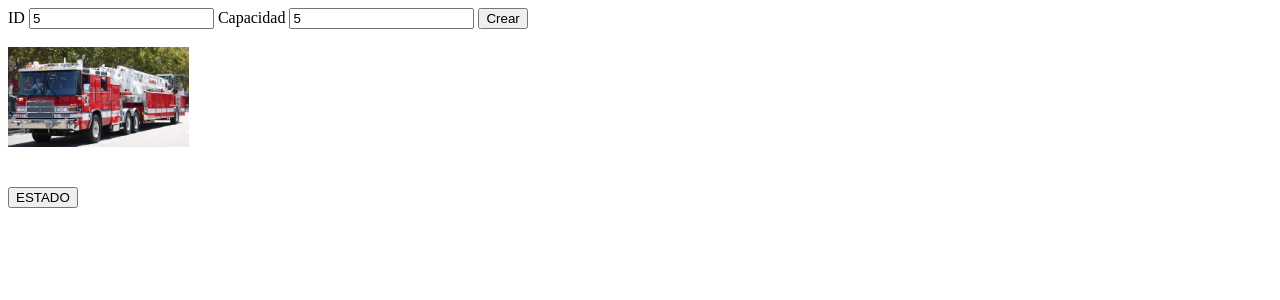
Repository: Robin-Rivadeneira/prueva_pablo
Page: index.html
These files come from the project's save history. The page is drawn as it stood at one moment and after a run of saves; the edit follows.
The browser window is 1280 px wide. The pictures show the whole page.
Empty fields were first filled with sample values (such as "Sample", 5 or name@example.com).
After loading, the first visible `button` was clicked once.

Above is the page before, as saved 2020-01-16 20:17:31.

### index.html
<!DOCTYPE html>
<html lang="en">
<head>
    <meta charset="UTF-8">
    <meta name="viewport" content="width=device-width, initial-scale=1.0">
    <meta http-equiv="X-UA-Compatible" content="ie=edge">
    <title> Motobombas</title>
</head>
<body>
    <div>
        <label>ID</label>
        <input type="number" id="id">
        <label>Capacidad</label>
        <input type="number" id="capacidad" >
        <button type="button" onclick="moto.guardar()">Crear</button>
    </div>
    <br>
    <div id="img">

    </div>
    <br>
    <div id="estado">

    </div>
    <br>
    <div id="pintar">
    </div>
</body>
<script src="/js/Motobomba.js"></script>
<script src="/js/Bombero.js"></script>
</html>

### js/Motobomba.js
class Motobomba {
    constructor(id, capacidad, estado = false) {
        this.id = id;
        this.capacidad = capacidad;
        this.estado = estado;
    }
    prender() {
        this.estado = true;
    }
    apagar() {
        this.estado = false;
    }
    getEstado() {
        return this.estado;
    }
    toString() {
        if (this.estado == true) {
            document.getElementById('estado').innerHTML='<img src="img/verde.jpg" windth="130px" height="100px">'
            var parrafo=document.createElement('p')
            parrafo.innerHTML = 'esta prendido'
            document.body.appendChild(parrafo)
            moto.apagar()


        }
        else if(this.estado == false) {
            document.getElementById('estado').innerHTML='<img src="img/rojo.jpg" windth="130px" height="100px">'
            var parrafo=document.createElement('p')
            parrafo.innerHTML = 'esta apagado'
            document.body.appendChild(parrafo)
            moto.prender()
        }
    }
    guardar(){
        var recu= document.getElementById('id').value;
        var recu1=document.getElementById('capacidad').value;
        this.id=recu
        this.capacidad=recu1
        console.log(this.id)
        console.log(this.capacidad)
        document.getElementById('img').innerHTML='<img src="img/camion.jpg" windth="130px" height="100px">'
        document.getElementById('pintar').innerHTML='<button type="button" id="boton" onclick="moto.toString()">ESTADO</button>'

    }
}



let moto = new Motobomba()

### js/Bombero.js
class Bombero{
    constructor(nombre){
        this.nombre=nombre;
    }
    addHabilidad(){
        let habilidades=[];
        habilidades.push(this.nombre)
    }
}

After the next 2 saves:
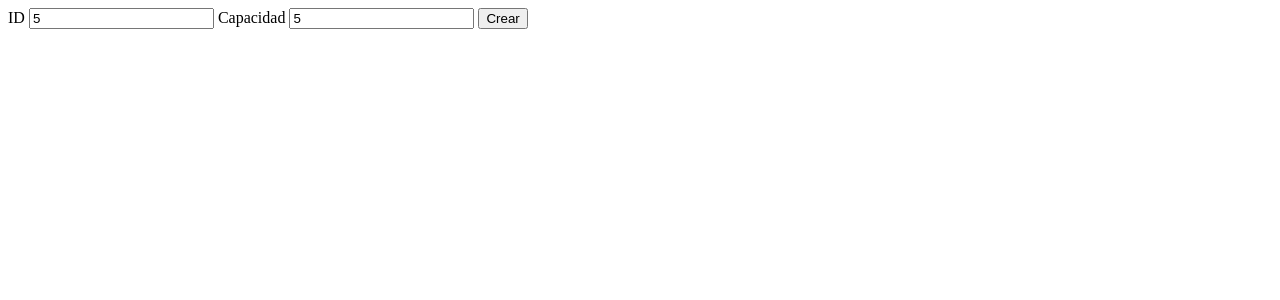
Console error: SyntaxError: Unexpected token ')'
The 2 saves are shown as one change because they came seconds apart.
The last was saved 6 s later.
--- a/js/Motobomba.js
+++ b/js/Motobomba.js
@@ -40,7 +40,7 @@
         console.log(this.capacidad)
         document.getElementById('img').innerHTML='<img src="img/camion.jpg" windth="130px" height="100px">'
         document.getElementById('pintar').innerHTML='<button type="button" id="boton" onclick="moto.toString()">ESTADO</button>'
-
+        if()
     }
 }
 

After the 5 saves that followed:
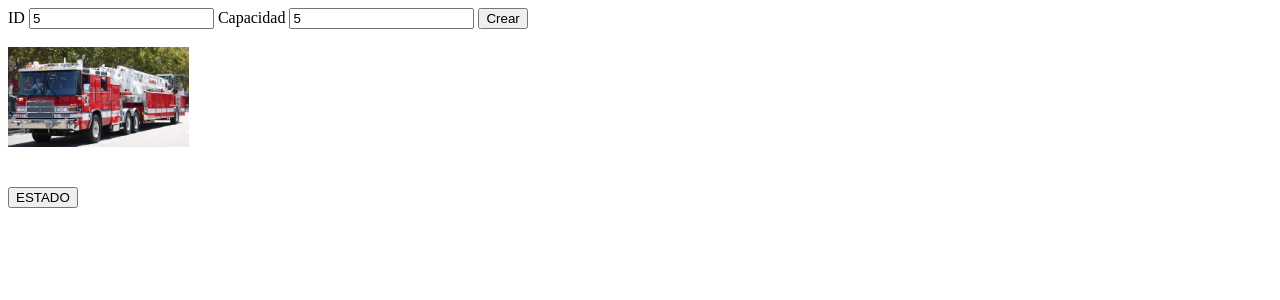
The error is gone.
The 5 saves are shown as one change because 1 left the picture as it was and some came seconds apart.
The last was saved 17 s later.
--- a/js/Motobomba.js
+++ b/js/Motobomba.js
@@ -40,7 +40,9 @@
         console.log(this.capacidad)
         document.getElementById('img').innerHTML='<img src="img/camion.jpg" windth="130px" height="100px">'
         document.getElementById('pintar').innerHTML='<button type="button" id="boton" onclick="moto.toString()">ESTADO</button>'
-        if()
+        if(this.estado == false){
+            var boton=document.getElementById("boton").value="apagdo"
+        }
     }
 }
 
